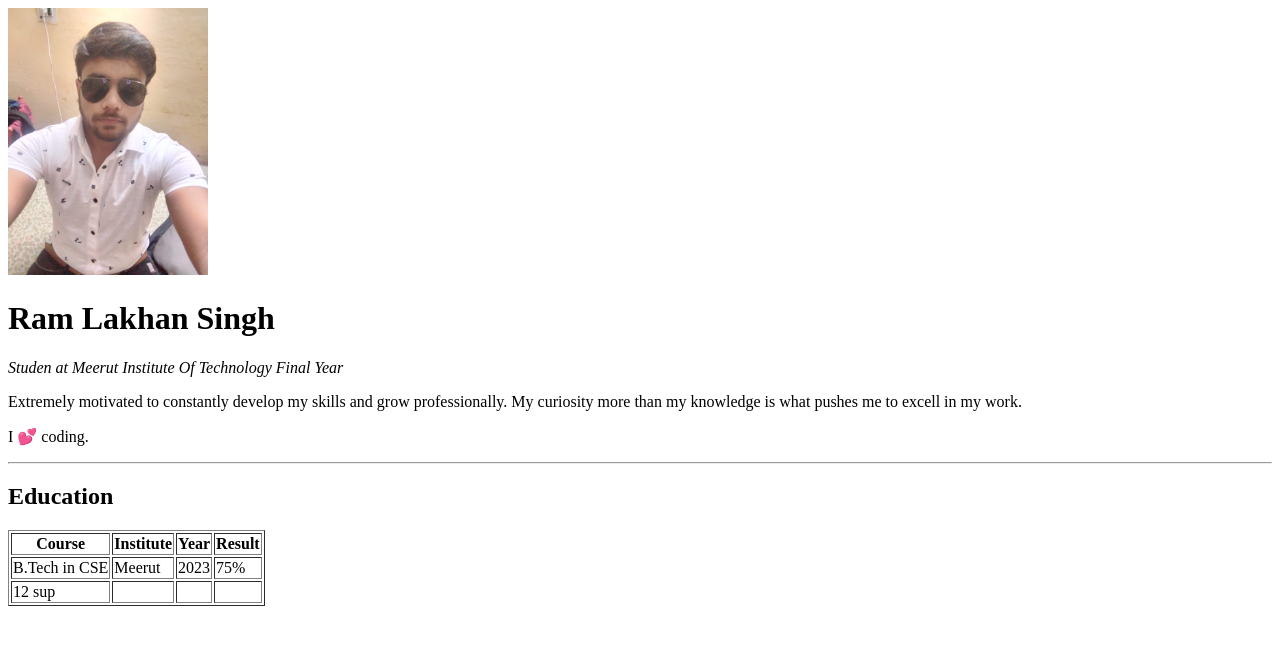
Repository: ramlakhan1/resume1
Page: resume.html
The author's editor kept a copy of each file at every save. The page is drawn from the files as they stood at one save, then again after a run of saves.
The browser window is 1280 px wide. The pictures show the whole page.

Above is the page before, as saved 2022-11-05 14:21:25.

### resume.html
<!DOCTYPE html>
<html lang="en">
<head>
    <meta charset="UTF-8">
    <meta http-equiv="X-UA-Compatible" content="IE=edge">
    <meta name="viewport" content="width=device-width, initial-scale=1.0">
    <title>Ram's Resume</title>
</head>
<body>
    <img width="200" src="2.jpg" alt="Ram Lakhan photo">
    <h1>Ram Lakhan Singh</h1>
    <p><i>Studen at Meerut Institute Of Technology Final Year</i></p>
    <p>Extremely motivated to constantly develop my skills and grow professionally. My curiosity more than my knowledge is what pushes me
        to excell in my work.</p>
        <p>I 💕 coding.</p>
        <hr>

        <!-- Header ends -->
        <h2>Education</h2>
        <table border=" ">
            <tr>
                <th>Course</th>
                <th>Institute</th>
                <th>Year</th>
                <th>Result</th>
            </tr>
            <tr>
                <td>B.Tech in CSE</td>
                <td>Meerut</td>
                <td>2023</td>
                <td>75%</td>
            </tr>
            <tr>
                <td>12 sup

                </td>
                <td></td>
                <td></td>
                <td></td>
            </tr>
        </table>
</body>
</html>

After the next 4 saves:
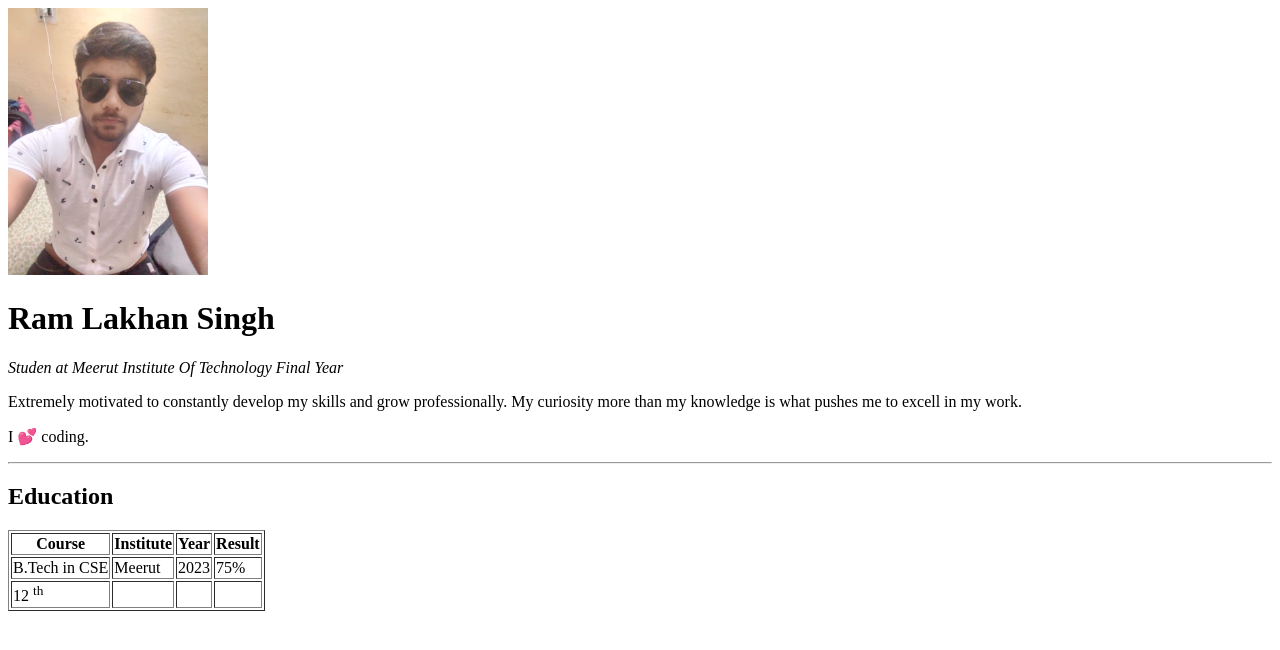
The 4 saves are shown as one change because they came seconds apart.
The last was saved 11 s later.
--- a/resume.html
+++ b/resume.html
@@ -31,8 +31,7 @@
                 <td>75%</td>
             </tr>
             <tr>
-                <td>12 sup
-
+                <td>12 <sup>th</sup>
                 </td>
                 <td></td>
                 <td></td>
